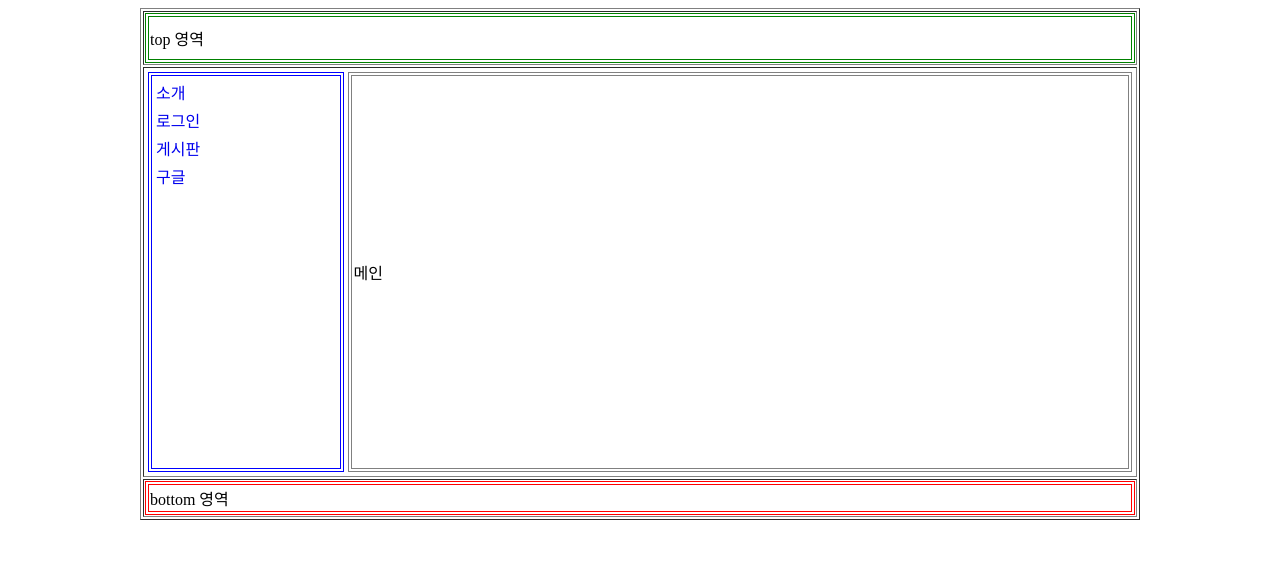
Repository: Soyeonthdus/workspace_java
Page: http://localhost/chat221228/ajax/news/index.jsp
The author's editor kept a copy of each file at every save. The page is drawn from the files as they stood at one save, then again after the next save.
The browser window is 1280 px wide. The pictures show the whole page.
The page is served by Tomcat 9. Other server files are loaded and not shown.

Above is the page before, as saved 2023-02-10 02:21:46.

### chat221228/src/main/webapp/ajax/news/index.jsp
<%@ page language="java" contentType="text/html; charset=UTF-8"
    pageEncoding="UTF-8"%>
<!DOCTYPE html>
<html>
<head>
<meta charset="UTF-8">
<title>Insert title here</title>
</head>
<body>
<!DOCTYPE html>
<html lang="ko">
  <head>
    <meta charset="UTF-8" />
    <meta http-equiv="X-UA-Compatible" content="IE=edge" />
    <meta name="viewport" content="width=device-width, initial-scale=1.0" />
    <title>패턴1</title>
    <style>
      a{
        text-decoration: none;
      }
    </style>
  </head>
  <body>
    <!-- 태그는 중첩해서 사용 가능함 -->
    <!-- 크기는 % 로 주는 것이 좋다. 가변적이니까 -->
    <table border="1" align="center" width="1000px">
      <tr>
        <td width="100%" height="50px">
          <!--=================== top 시작 =================-->
					<%@ include file="top.jsp" %>
          <!--=================== top 끝 =================-->
        </td>
      </tr>
      <tr>
        <td>
          <!--=================== body 시작 =================-->
          <table>
            <tr>
              <!--=================== 메뉴 시작 =================-->
              <td width="200px" height="400px">
                <%@ include file="menu.jsp" %>
              </td>
              <!--=================== 메뉴 끝 ===================-->
              <td width="800px" height="400px">
                <%@ include file="main.jsp" %>
              </td>
            </tr>
          </table>
          <!--=================== body 끝 =================-->
        </td>
      </tr>
      <tr>
        <td width="1000px" height="30px">
          <!--=================== bottom 시작 =================-->
			<%@ include file="bottom.jsp" %>
          <!--=================== bottom 끝 =================-->
        </td>
      </tr>
    </table>
  </body>
</html>

### chat221228/src/main/webapp/ajax/news/top.jsp
<%@ page language="java" contentType="text/html; charset=UTF-8"
    pageEncoding="UTF-8"%>
          <table border="1" width="100%" height="100%" bordercolor="green">
            <tr>
              <td>top 영역</td>
            </tr>
          </table>

### chat221228/src/main/webapp/ajax/news/menu.jsp
<%@ page language="java" contentType="text/html; charset=UTF-8"
    pageEncoding="UTF-8"%>
<table border="1" bordercolor="blue" width="100%" height="100%">
                  <tr>
                    <td valign = "top"> <!-- 위에 달라붙게하는 -->
                      <table>
                        <tr>
                          <td><a href="./index.jsp?menu=info" >소개</a></td>
                        </tr>
                        <tr>
                          <td><a href="./index.jsp?menu=login">로그인</a></td>
                        </tr>
                        <tr>
                          <td><a href="./index.jsp?menu=board" >게시판</a></td>
                        </tr>
                        <tr>
                          <td><a href="https://www.google.com" >구글</a></td>
                        </tr>
                      </table>
                    </td>
                  </tr>
                </table>

### chat221228/src/main/webapp/ajax/news/main.jsp
<%@ page language="java" contentType="text/html; charset=UTF-8"
    pageEncoding="UTF-8"%>
<table border="1" bordercolor="gray" width="100%" height="100%">
                  <tr>
                    <td>메인</td>
                  </tr>
                </table>

### chat221228/src/main/webapp/ajax/news/bottom.jsp
<%@ page language="java" contentType="text/html; charset=UTF-8"
    pageEncoding="UTF-8"%>
         <table border="1" width="100%" height="100%" bordercolor="red">
            <tr>
              <td>bottom 영역</td>
            </tr>
          </table>

After the next save:
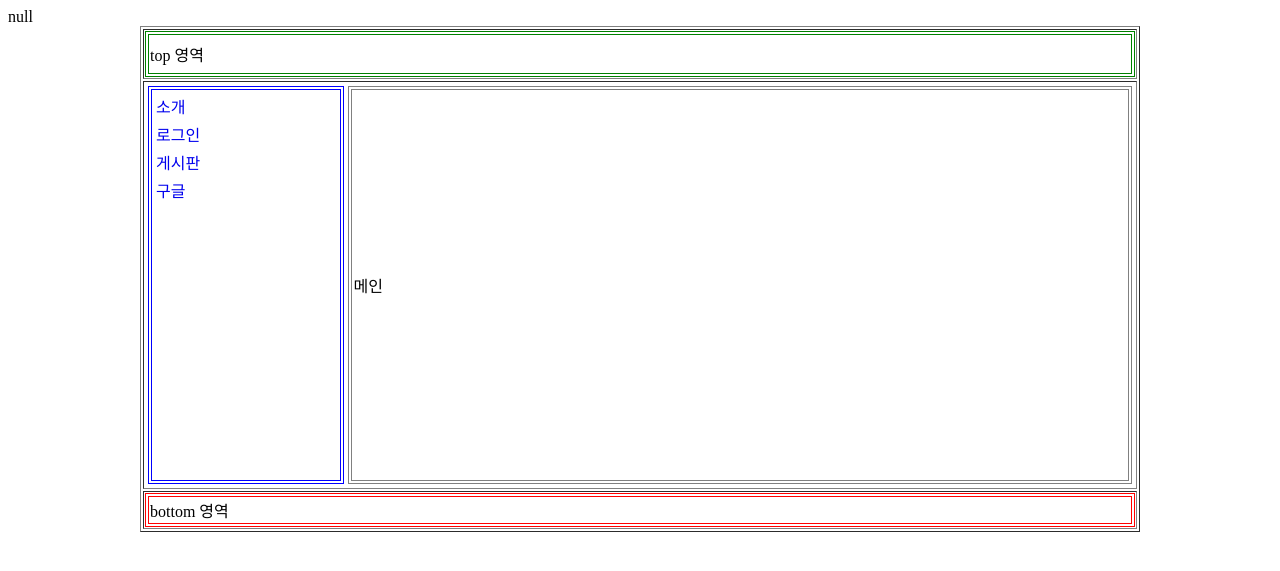
Saved 106 s later.
--- a/chat221228/src/main/webapp/ajax/news/index.jsp
+++ b/chat221228/src/main/webapp/ajax/news/index.jsp
@@ -1,5 +1,9 @@
 <%@ page language="java" contentType="text/html; charset=UTF-8"
     pageEncoding="UTF-8"%>
+<%
+	String menu = request.getParameter("menu");//info or login or board or google
+	out.print(menu);
+%>
 <!DOCTYPE html>
 <html>
 <head>
